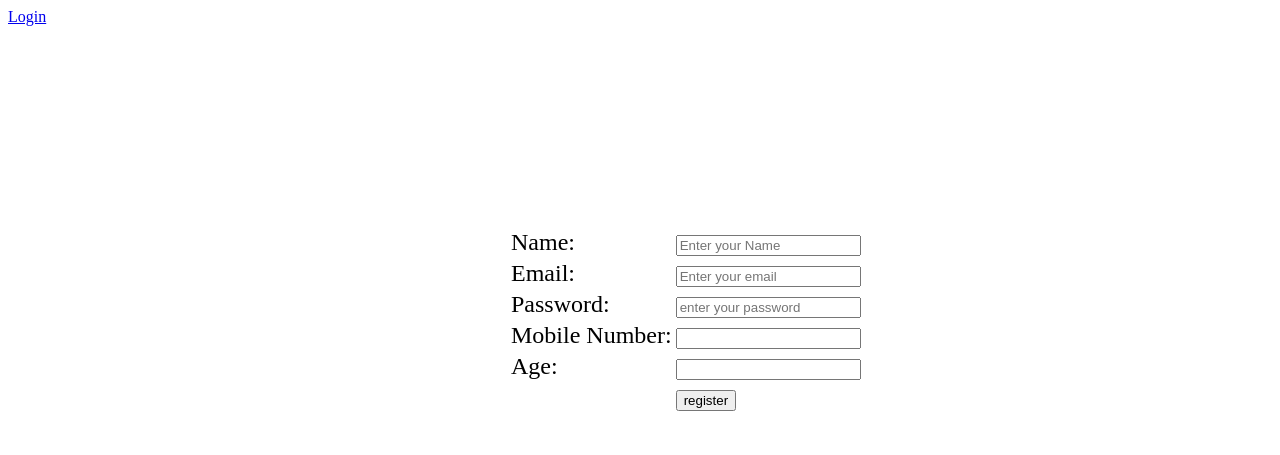
Repository: SagarPurumala/SagarPurumala_25_empwebapp
Page: empwebapp/src/main/webapp/addEmployee.html
The author's editor kept a copy of each file at every save. The page is drawn from the files as they stood at one save, then again after the next save.
The browser window is 1280 px wide. The pictures show the whole page.

Above is the page before, as saved 2020-06-19 11:21:14.

### empwebapp/src/main/webapp/addEmployee.html
<!DOCTYPE html>
<html>
<head>
<meta charset="ISO-8859-1">
<title>Registration Form</title>
</head>
<body>
<a href ="./login.html">Login</a>
	<form action = "./register" method="post" style="margin-top: 200px;margin-left: 500px; ">
	<table style="font-size: 24px">

	<tr>
	<td>Name:</td>
	<td><input name="name" type ="text" placeholder="Enter your Name"></td>
	</tr>

	<tr>
	<td>Email:</td>
	<td><input name="email" type ="text" placeholder="Enter your email"></td>
	</tr>


	<tr>
	<td>Password:</td>
	<td><input name="password" type ="password" placeholder="enter your password"></td>
	</tr>
	<tr>
	<td>Mobile Number:</td>
	<td><input name="mobile" type ="number" ></td>
	</tr>
	<tr>
	<td>Age:</td>
	<td><input name="age" type ="number" ></td>
	</tr>

	<tr>
	<td></td>
	<td><input type="submit" value="register" ></td>
	</tr>
	</table></form>

</body>
</html>

After the next save:
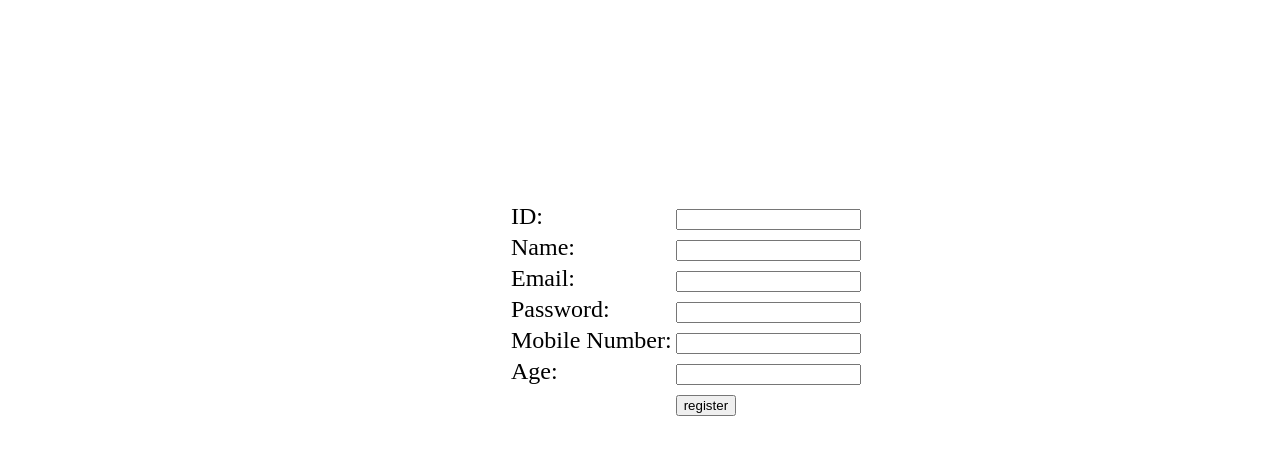
Saved 81 s later.
--- a/empwebapp/src/main/webapp/addEmployee.html
+++ b/empwebapp/src/main/webapp/addEmployee.html
@@ -5,24 +5,28 @@
 <title>Registration Form</title>
 </head>
 <body>
-<a href ="./login.html">Login</a>
+
 	<form action = "./register" method="post" style="margin-top: 200px;margin-left: 500px; ">
 	<table style="font-size: 24px">
+	<tr>
+	<td>ID:</td>
+	<td><input name="id" type ="number" ></td>
+	</tr>
 
 	<tr>
 	<td>Name:</td>
-	<td><input name="name" type ="text" placeholder="Enter your Name"></td>
+	<td><input name="name" type ="text" ></td>
 	</tr>
 
 	<tr>
 	<td>Email:</td>
-	<td><input name="email" type ="text" placeholder="Enter your email"></td>
+	<td><input name="email" type ="text" ></td>
 	</tr>
 
 
 	<tr>
 	<td>Password:</td>
-	<td><input name="password" type ="password" placeholder="enter your password"></td>
+	<td><input name="password" type ="password" ></td>
 	</tr>
 	<tr>
 	<td>Mobile Number:</td>
